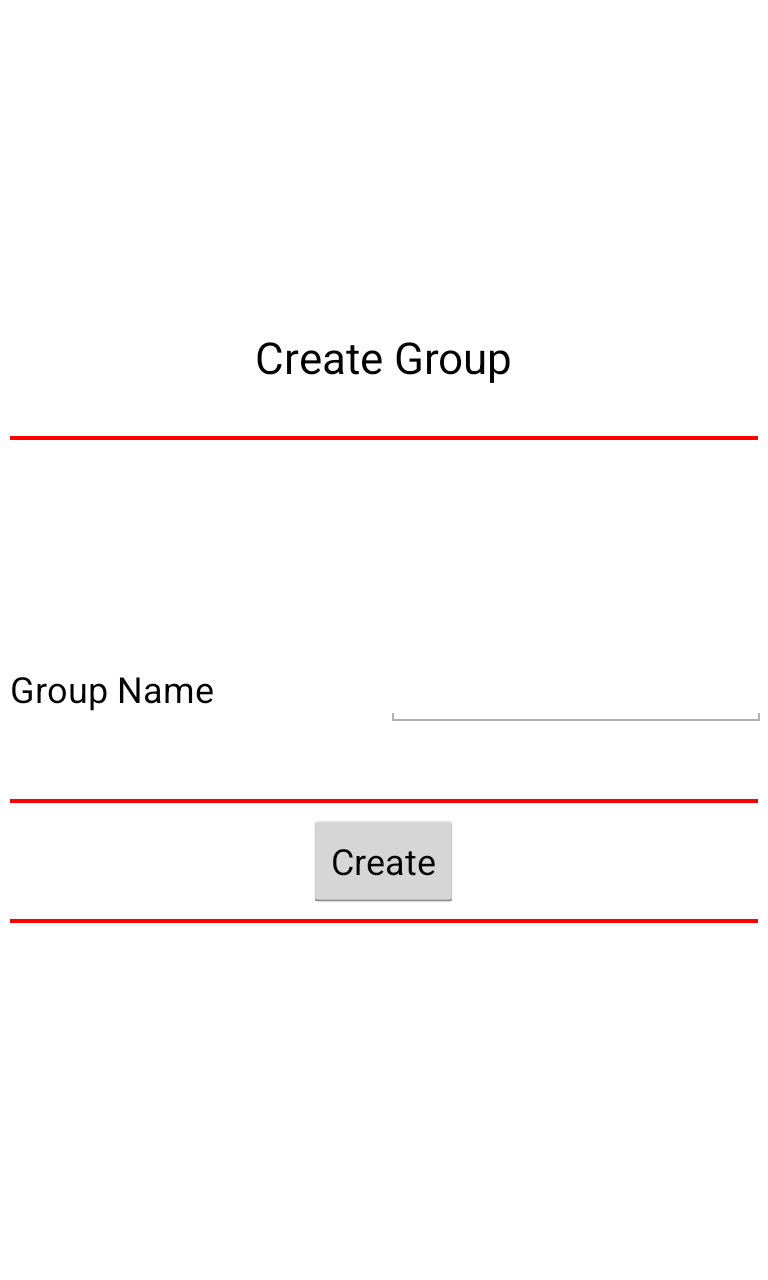
Repository: mansee8/Emergency-Service-Information-Provider
Layout: Emergency Service Information Provider/ESIP/ESIP/res/layout/create_group.xml
An editor plug-in stored every save of this project. The layout is shown before and after the next save, followed by the edit.
It is drawn on a 768 x 1280 px phone screen (xhdpi) without system bars, with theme AppTheme; the app's code is not run.

Above is the layout before, as saved 2014-02-27 07:57:20.

### Emergency Service Information Provider/ESIP/ESIP/res/layout/create_group.xml
<?xml version="1.0" encoding="utf-8"?>
<LinearLayout xmlns:android="http://schemas.android.com/apk/res/android"
    android:layout_width="fill_parent"
    android:layout_height="fill_parent"
    android:gravity="center"
    android:orientation="vertical" >

    <TextView
        android:layout_width="wrap_content"
        android:layout_height="wrap_content"
        android:layout_margin="20dp"
        android:text="Create Group"
        android:textAppearance="?android:attr/textAppearanceLarge" />

    <View
        android:layout_width="fill_parent"
        android:layout_height="2dp"
        android:layout_margin="5dp"
        android:background="#ff0000" />

    <LinearLayout
        android:layout_width="fill_parent"
        android:layout_height="wrap_content"
        android:layout_marginTop="100dp"
        android:layout_marginBottom="30dp"
        android:orientation="horizontal" >

        <TextView
            android:layout_width="fill_parent"
            android:layout_height="wrap_content"
            android:layout_marginLeft="5dp"
            android:layout_weight="1"
            android:text="Group Name"
            android:textAppearance="?android:attr/textAppearanceMedium" />

        <EditText
            android:id="@+id/GroupNameView"
            android:layout_width="fill_parent"
            android:layout_height="wrap_content"
            android:layout_weight="1" />
    </LinearLayout>

    <View
        android:layout_width="fill_parent"
        android:layout_height="2dp"
        android:layout_margin="5dp"
        android:background="#ff0000" />

    <Button
        android:id="@+id/btnCreate"
        android:layout_width="wrap_content"
        android:layout_height="wrap_content"
        android:text="Create" />

    <View
        android:layout_width="fill_parent"
        android:layout_height="2dp"
        android:layout_margin="5dp"
        android:background="#ff0000" />

    <TextView
        android:id="@+id/avail_result"
        android:layout_width="wrap_content"
        android:layout_height="wrap_content"
        android:textAppearance="?android:attr/textAppearanceLarge" />

</LinearLayout>

Loaded but not shown: Emergency Service Information Provider/ESIP/ESIP/res/values/styles.xml (common file); Emergency Service Information Provider/ESIP/ESIP/res/values-v11/styles.xml (common file); Emergency Service Information Provider/ESIP/ESIP/res/values-v14/styles.xml (common file)

After the next save:
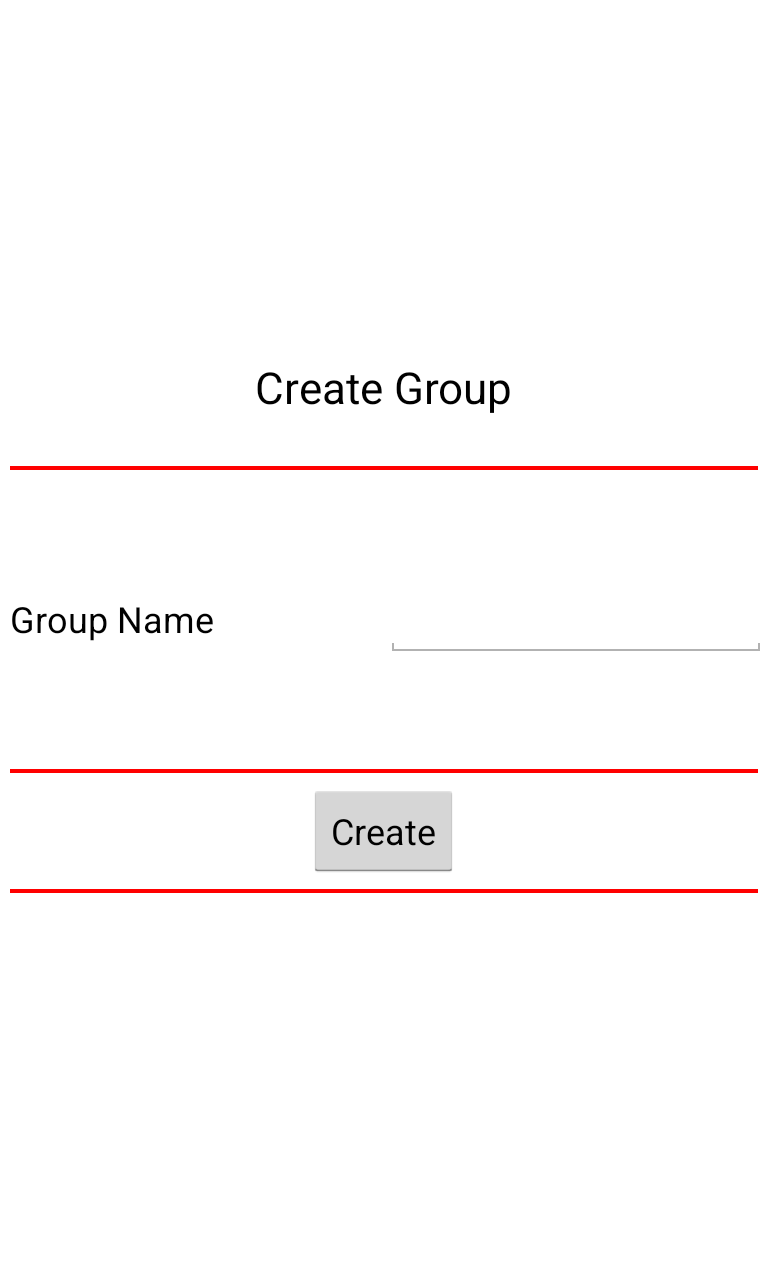
Saved 22 s later.
--- a/Emergency Service Information Provider/ESIP/ESIP/res/layout/create_group.xml
+++ b/Emergency Service Information Provider/ESIP/ESIP/res/layout/create_group.xml
@@ -21,8 +21,8 @@
     <LinearLayout
         android:layout_width="fill_parent"
         android:layout_height="wrap_content"
-        android:layout_marginTop="100dp"
-        android:layout_marginBottom="30dp"
+        android:layout_marginTop="50dp"
+        android:layout_marginBottom="50dp"
         android:orientation="horizontal" >
 
         <TextView
